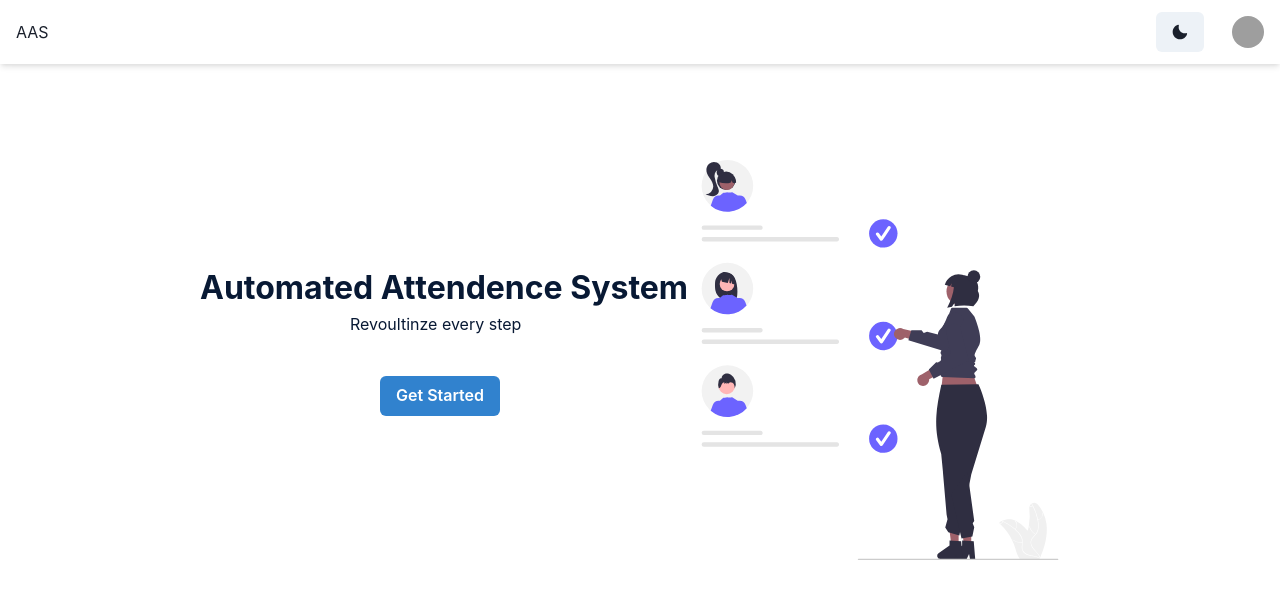
Repository: shash0708/attendence
Page: /
An editor plug-in stored every save of this project. The page is shown before and after the next save, followed by the edit.
The browser window is 1280 px wide. The pictures show the whole page.
Pictures or frames that could not be fetched are drawn as grey boxes. The project was rebuilt for these pictures with package versions that can differ from the ones it lists, and the page was loaded fresh each time. Also part of the build but not shown: src/App.css, src/routes/Home/Home.styles.scss, src/components/Login/Login.component.jsx, src/components/Signup/Signup.component.jsx, src/routes/Authentication/Authentication.component.jsx.

Above is the page before, as saved 2024-04-06 21:07:29.

### src/index.js
import React from 'react';
import ReactDOM from 'react-dom/client';
import './index.css';
import App from './App';
import reportWebVitals from './reportWebVitals';
import { BrowserRouter } from 'react-router-dom';
import { ChakraProvider } from '@chakra-ui/react'

const root = ReactDOM.createRoot(document.getElementById('root'));
root.render(
  <React.StrictMode>
  <BrowserRouter>
<ChakraProvider>
    <App />
    </ChakraProvider>
    </BrowserRouter>

  </React.StrictMode>
);

// If you want to start measuring performance in your app, pass a function
// to log results (for example: reportWebVitals(console.log))
// or send to an analytics endpoint. Learn more: https://bit.ly/CRA-vitals
reportWebVitals();

### src/App.js
import './App.css';
import Home from './routes/Home/Home.component.jsx'
import { Routes,Route} from 'react-router-dom';
import Authentication from './routes/Authentication/Authentication.component';

function App() {
  return (
    <Routes>
    <Route index element={<Home/>}/>

    <Route path='auth' element={<Authentication/>}/>

    </Routes>
  );
}

export default App;

### src/routes/Home/Home.component.jsx
import React from 'react'
import { Outlet } from 'react-router-dom';
import Nav from '../../components/Navbar/Navbar.component';
import HomeProp from '../../components/homeProp/HomeProp.component';
import './Home.styles.scss'
const Home  = () => {
  return (
    <div>
       <Nav/>
<section className='Home-container'>
       <HomeProp/>
       </section>
       <Outlet/>
    </div>
  )
}

export  default Home;

### client/src/components/Navbar/Navbar.component.jsx
'use client'

import {
  Box,
  Flex,
  Avatar,
  Text,
  Button,
  Menu,
  MenuButton,
  MenuList,
  MenuItem,
  MenuDivider,
  useDisclosure,
  useColorModeValue,
  Stack,
  useColorMode,
  Center,
} from '@chakra-ui/react'
import { MoonIcon, SunIcon } from '@chakra-ui/icons'
import { Link, Outlet } from 'react-router-dom';

const NavLink = (props) => {
  const { children } = props

  return (
    <Box
      as="a"
      px={2}
      py={1}
      rounded={'md'}
      _hover={{
        textDecoration: 'none',
        bg: useColorModeValue('gray.200', 'gray.700'),
      }}
      href={'#'}>
      {children}
    </Box>
  )
}

export default function Nav() {
  const { colorMode, toggleColorMode } = useColorMode();
  const { isOpen, onOpen, onClose } = useDisclosure();
  return (
    <div>
      <Box

        px={4}
        shadow="md"
        style={{ backdropFilter: 'blur(10px)' }} // Adds blur effect to the background
      >
        <Flex h={16} alignItems={'center'} justifyContent={'space-between'}>
          <Box>
          <Link to="/">AAS</Link>

          </Box>

          <Flex alignItems={'center'}>
            <Stack direction={'row'} spacing={7}>
              <Button onClick={toggleColorMode}>
                {colorMode === 'light' ? <MoonIcon /> : <SunIcon />}
              </Button>

              <Menu>
                <MenuButton
                  as={Button}
                  rounded={'full'}
                  variant={'link'}
                  cursor={'pointer'}
                  minW={0}>
                  <Avatar
                    size={'sm'}
                    src={'https://avatars.dicebear.com/api/male/username.svg'}
                  />
                </MenuButton>
                <MenuList alignItems={'center'} shadow="lg">
                  <br />
                  <Center>
                    <Avatar
                      size={'2xl'}
                      src={'https://avatars.dicebear.com/api/male/username.svg'}
                    />
                  </Center>
                  <br />
                  <Center>
                    <p>Username</p>
                  </Center>
                  <br />
                  <MenuDivider />
                  <MenuItem>Your Servers</MenuItem>
                  <MenuItem>Account Settings</MenuItem>
                  <MenuItem>Logout</MenuItem>
                </MenuList>
              </Menu>
            </Stack>
          </Flex>
        </Flex>
      </Box>
      <Outlet />
    </div>
  );
}

### src/components/homeProp/HomeProp.component.jsx
import React, { Fragment } from 'react'
import { ReactComponent as HomeLogo } from '../../assests/home.svg'
import ButtonProp from '../Button/Button.component'
import './HomeProp.styles.scss';
const HomeProp= () => {
  return (
    <Fragment >
    <div  className="Home-container" >

<div className='text-container'>
    <h1>Automated Attendence  System</h1>

    </div>
    <div className='revolutionze'>
    <p>Revoultinze every step</p>
    </div>
    <div className='button-prop'>
    <ButtonProp/>
        </div>

      <HomeLogo className='home-prop'/>
      </div>
    </Fragment>
  )
}

export default HomeProp;

### src/components/Button/Button.component.jsx
import { Button, ButtonGroup } from '@chakra-ui/react'

import React from 'react'

const ButtonProp = () => {
  return (
    <div>
    <Button colorScheme='blue'>Get Started</Button>
    </div>
  )
}

export default ButtonProp;

### src/components/homeProp/HomeProp.styles.scss
// Use variables to style your logo
.home-prop{
  width: 1000px;
  height: 400px;  // Add other styling properties as needed
  position: fixed;
  top: 50%; // Adjust as needed
  right: -100px; // Adjust as needed
  transform: translateY(-50%);
}

.text-container{

  font-size: xx-large;
  font-weight: bolder;
  position: fixed;
  top: 40%; // Adjust as needed
  left: 200px; // Adjust as needed
  transform: translateY(-50%);

}


.revolutionze{
  font-size: medium;
  position: fixed;
  top: 45%; // Adjust as needed
  left: 350px; // Adjust as needed
  transform: translateY(-50%);
}

.button-prop{
  font-size: medium;
  position: fixed;
  top: 55%; // Adjust as needed
  left: 380px; // Adjust as needed
  transform: translateY(-50%);
}

.Home-container {
  color: #081934; /* Set background color to dark blue */
}

Loaded but not shown: public/index.html (common file); src/index.css (common file); src/reportWebVitals.js (common file)

After the next save:
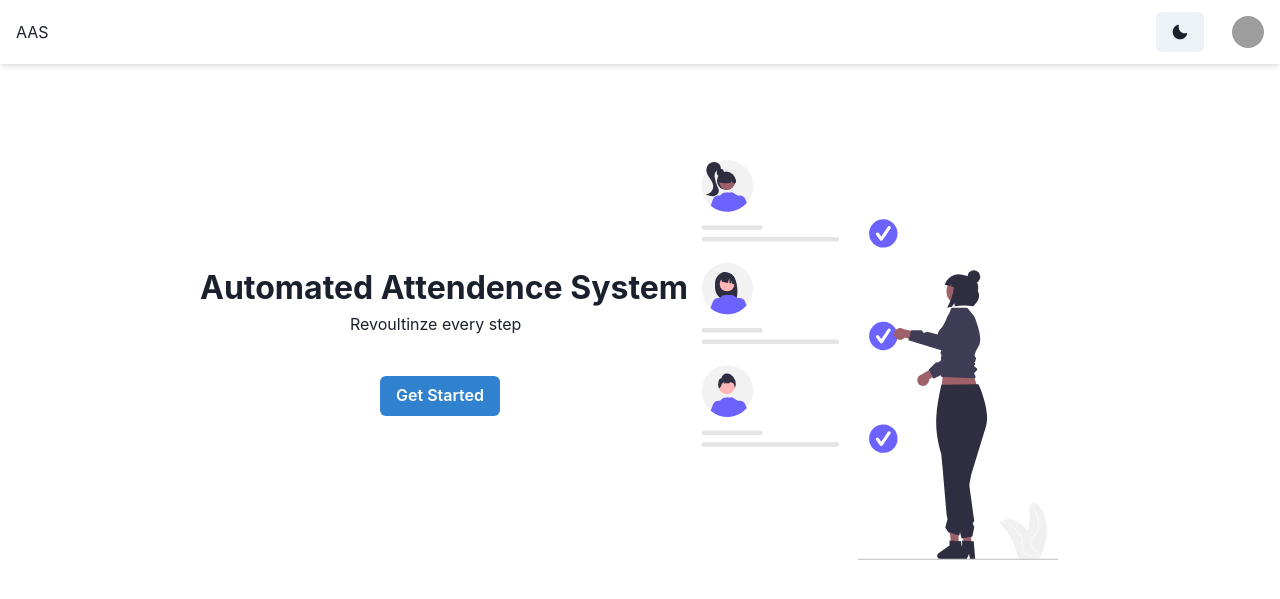
Saved 7 s later.
--- a/src/components/homeProp/HomeProp.styles.scss
+++ b/src/components/homeProp/HomeProp.styles.scss
@@ -35,7 +35,3 @@
   left: 380px; // Adjust as needed
   transform: translateY(-50%);
 }
-
-.Home-container {
-  color: #081934; /* Set background color to dark blue */
-}
